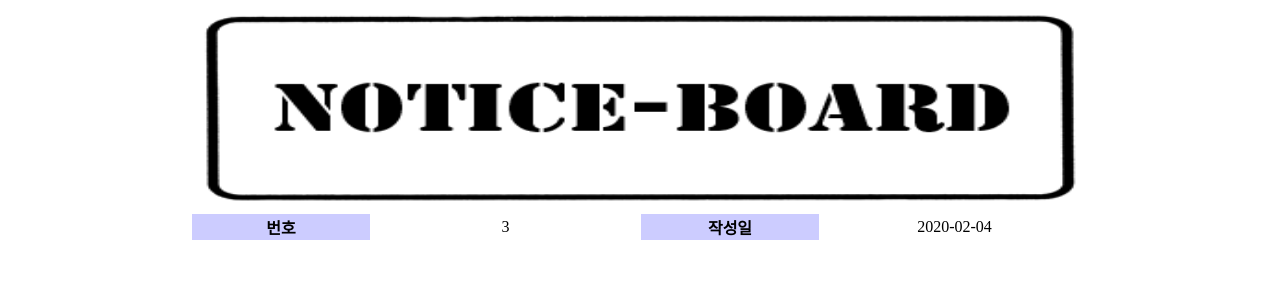
Repository: Rummikub/DBStudy
Page: HTML Project3/WebContent/html/detail.html
These files come from the project's save history. The page is drawn as it stood at one moment and after the next save; the edit follows.
The browser window is 1280 px wide. The pictures show the whole page.

Above is the page before, as saved 2020-02-05 07:08:52.

### HTML Project3/WebContent/html/detail.html
<!DOCTYPE html>
<html>
<head>
<meta charset="UTF-8">
<title>Insert title here</title>
</head>
<body>
	<center>
	<img src="noticeboard.png" width=900 height=200>
	<table border=0 width=900>
		<tr>
		 <th width=20% bgcolor="#ccccff">번호</th>
		 <td width=30% align="center">3</td>
		 <th width=20% bgcolor="#ccccff">작성일</th>
		 <td width=30% align="center">2020-02-04</td>
	</table>
	</center>
</body>
</html>

After the next save:
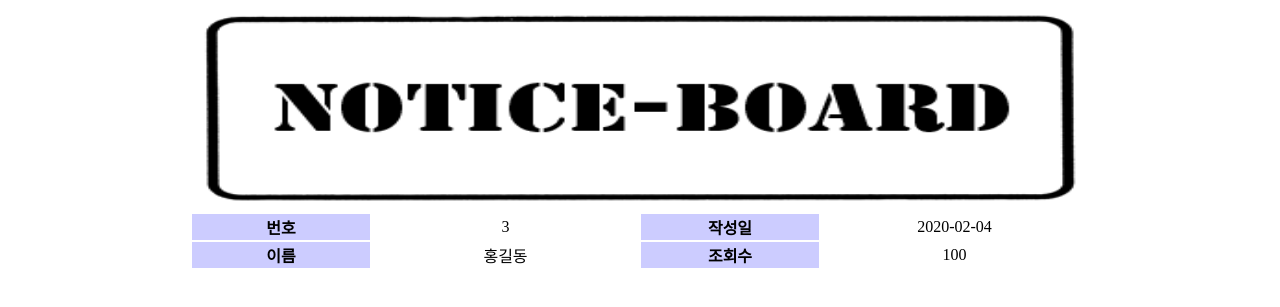
Saved 30 s later.
--- a/HTML Project3/WebContent/html/detail.html
+++ b/HTML Project3/WebContent/html/detail.html
@@ -13,6 +13,13 @@
 		 <td width=30% align="center">3</td>
 		 <th width=20% bgcolor="#ccccff">작성일</th>
 		 <td width=30% align="center">2020-02-04</td>
+		</tr>
+		<tr>
+		 <th width=20% bgcolor="#ccccff">이름</th>
+		 <td width=30% align="center">홍길동</td>
+		 <th width=20% bgcolor="#ccccff">조회수</th>
+		 <td width=30% align="center">100</td>
+		</tr>
 	</table>
 	</center>
 </body>
